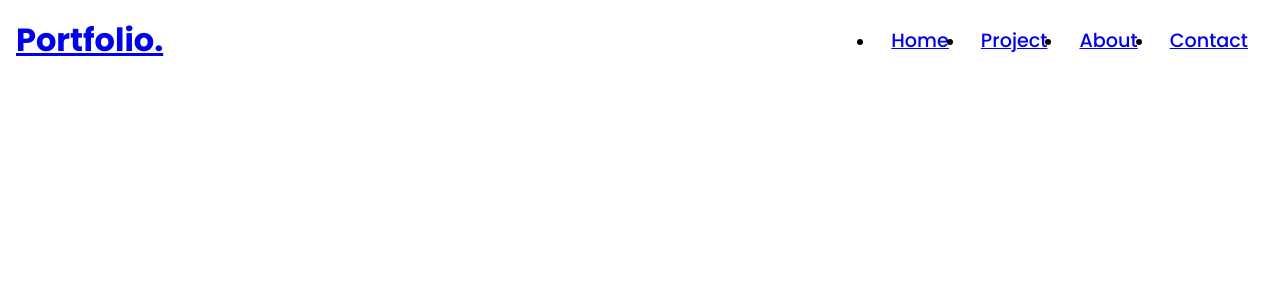
Repository: parisha-b3/My_Portfolio
Page: /
An editor plug-in stored every save of this project. The page is shown before and after the next save, followed by the edit.
The browser window is 1280 px wide. The pictures show the whole page.
The project was rebuilt for these pictures with package versions that can differ from the ones it lists, and the page was loaded fresh each time. Also part of the build but not shown: src/routes/About.js, src/routes/Project.js, src/routes/Contact.js.

Above is the page before, as saved 2024-10-14 11:50:08.

After the next save:
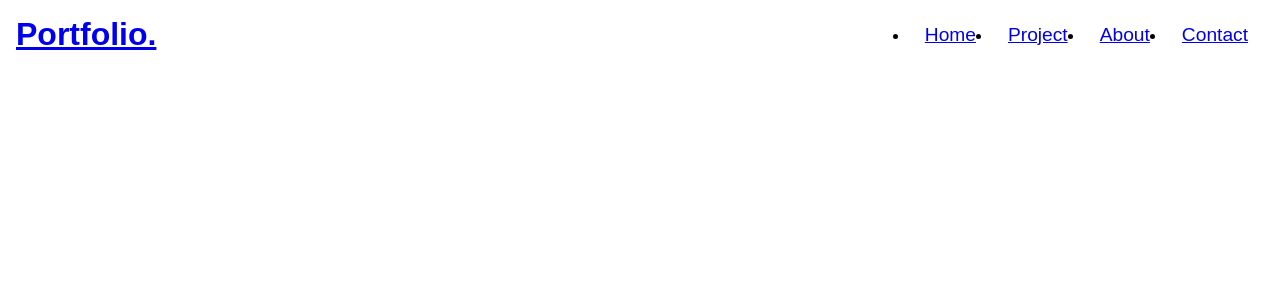
Saved 23 s later.
--- a/src/index.css
+++ b/src/index.css
@@ -4,5 +4,5 @@
   box-sizing: border-box;
   margin: 0;
   padding: 0;
-  font-family: 'Poppins', sans-serif;
+  font-family: "'Poppins'", sans-serif;
 }

After the 2 saves that followed:
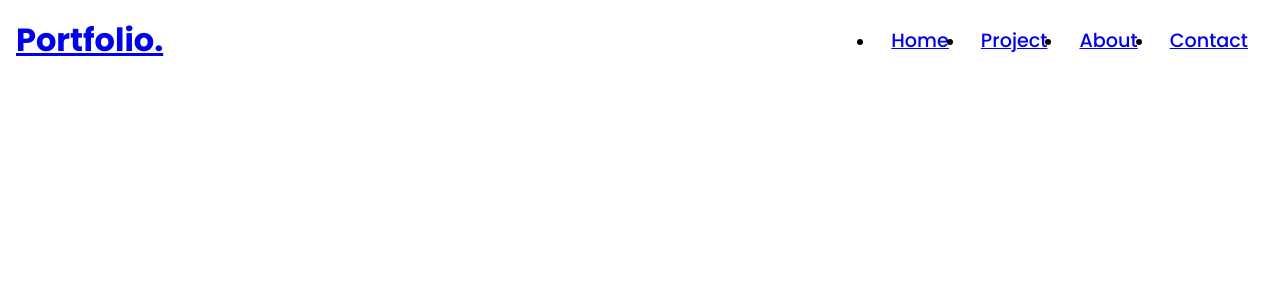
The 2 saves are shown as one change because they came seconds apart.
The last was saved 11 s later.
--- a/src/index.css
+++ b/src/index.css
@@ -4,5 +4,5 @@
   box-sizing: border-box;
   margin: 0;
   padding: 0;
-  font-family: "'Poppins'", sans-serif;
+  font-family: "Poppins", sans-serif;
 }
